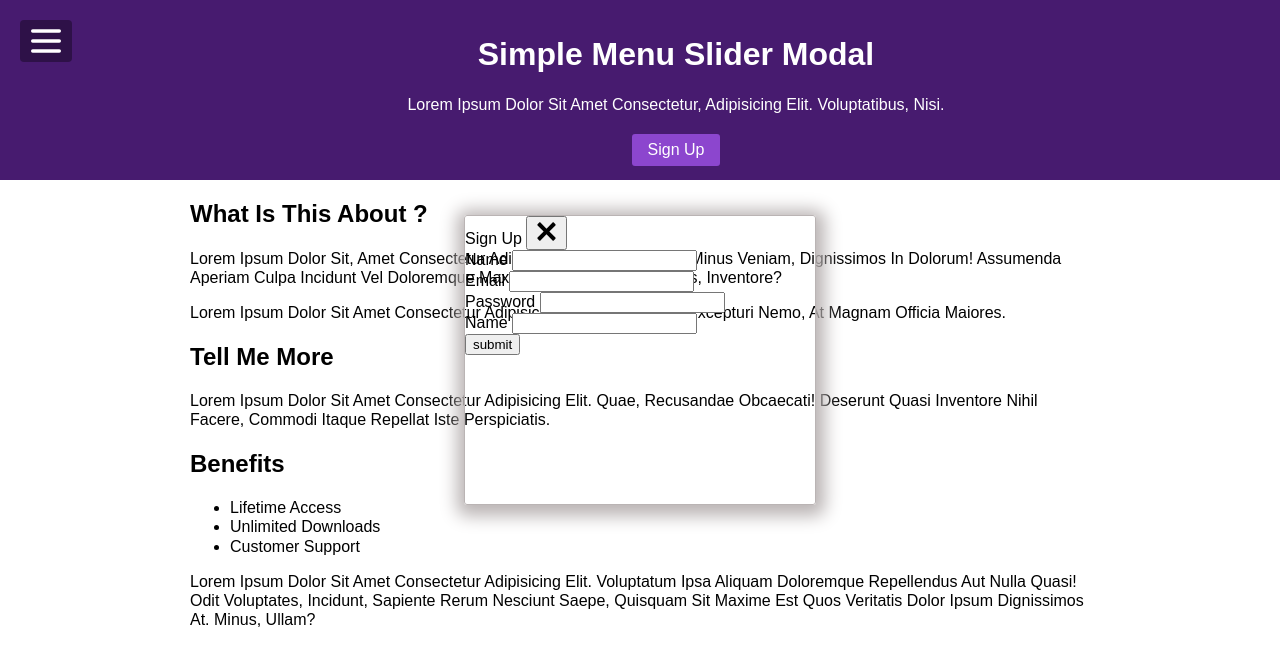
Repository: lilo750/Menu-Slider-modal
Page: index.html
The author's editor kept a copy of each file at every save. The page is drawn from the files as they stood at one save, then again after the next save.
The browser window is 1280 px wide. The pictures show the whole page.

Above is the page before, as saved 2024-01-15 06:46:52.

### index.html
<!DOCTYPE html>
<html lang="en">
    <head>
        <meta charset="UTF-8" />
        <meta name="viewport" content="width=device-width, initial-scale=1.0" />
        <title>menu-slider-modal</title>
        <script defer src="assets/logic.js"></script>
        <link rel="stylesheet" href="assets/style.css" />
    </head>
    <body>
        <div class="left-menu">
            <!-- <aside>
                <div id="profile-img">
                    <img
                        src="assets/visuals/profile-img.jpg"
                        alt="profile image"
                    />
                </div>
                <ul>
                    <li>home</li>
                    <li>portfolio</li>
                    <li>blog</li>
                    <li>contact me</li>
                </ul>
            </aside> -->

            <button id="burger-btn">
                <img
                    src="assets/visuals/burger-menu-svgrepo-com.svg"
                    alt="burger icon"
                />
            </button>
        </div>
        <div class="container">
            <header>
                <div class="heading">
                    <h1>Simple Menu slider Modal</h1>
                    <p>
                        Lorem ipsum dolor sit amet consectetur, adipisicing
                        elit. Voluptatibus, nisi.
                    </p>
                    <button id="signUp-btn">Sign Up</button>
                </div>
            </header>

            <main>
                <h2>what is this about ?</h2>
                <p>
                    Lorem ipsum dolor sit, amet consectetur adipisicing elit.
                    Sunt officiis minus veniam, dignissimos in dolorum!
                    Assumenda aperiam culpa incidunt vel doloremque maxime
                    inventore. Temporibus, inventore?
                </p>
                <p>
                    Lorem ipsum dolor sit amet consectetur adipisicing elit.
                    Sunt debitis excepturi nemo, at magnam officia maiores.
                </p>
                <h2>tell me more</h2>
                <p>
                    Lorem ipsum dolor sit amet consectetur adipisicing elit.
                    Quae, recusandae obcaecati! Deserunt quasi inventore nihil
                    facere, commodi itaque repellat iste perspiciatis.
                </p>
                <h2>benefits</h2>
                <ul>
                    <li>lifetime access</li>
                    <li>unlimited downloads</li>
                    <li>customer support</li>
                </ul>
                <p>
                    Lorem ipsum dolor sit amet consectetur adipisicing elit.
                    Voluptatum ipsa aliquam doloremque repellendus aut nulla
                    quasi! Odit voluptates, incidunt, sapiente rerum nesciunt
                    saepe, quisquam sit maxime est quos veritatis dolor ipsum
                    dignissimos at. Minus, ullam?
                </p>
            </main>
        </div>
        <!-- ./container -->

        <div class="modal">
            <header>
                <span>Sign Up</span>
                <button id="close-btn">
                    <img
                        src="assets/visuals/close-icon.svg"
                        alt="burger icon"
                    />
                </button>
            </header>
            <form>
                <div class="form-control">
                    <label for="name">Name</label>
                    <input id="name" type="text" />
                </div>
                <div class="form-control">
                    <label for="mail">Email</label>
                    <input id="mail" type="email" />
                </div>
                <div class="form-control">
                    <label for="pass">Password</label>
                    <input id="pass" type="password" />
                </div>
                <div class="form-control">
                    <label for="cpass">Name</label>
                    <input id="cpass" type="password" />
                    <span class="warning"></span>
                </div>

                <button id="submit" type="submit">submit</button>
            </form>
        </div>
    </body>
</html>

### assets/logic.js
const signUpBtn = document.getElementById('signUp-btn');

/*
when the user click on the signup btn a modal will show by switching from hidden to visiblity visible
something i should consider before writing the code which is handle the close btn and submit btn and writing the html and css for the code

*/

const modalHandler = () => {};

signUpBtn.addEventListener('click', modalHandler);

### assets/style.css
html {
    font-family: sans-serif;
}

body {
    height: 100vh;
    margin: 0;
    padding: 0;
    text-transform: capitalize;
    line-height: 1.2;
}

.left-menu {
    position: absolute;

    #burger-btn {
        display: flex;
        align-items: center;
        justify-content: center;
        background-color: rgb(46, 17, 72);
        border: none;
        cursor: pointer;
        position: relative;
        left: 20px;
        top: 20px;
        border-radius: 4px;
    }
}

.container {
    display: flex;
    flex-direction: column;

    & header {
        background-color: rgb(71, 27, 111);
        color: #fff;
        text-align: center;
        padding: 14px 8px;
        padding-left: 80px;

        #signUp-btn {
            background-color: rgb(140, 70, 206);
            color: inherit;
            border: 0;
            outline: 2px;
            padding: 7px 16px;
            border-radius: 3px;
            cursor: pointer;
            font-size: 16px;
        }

        & p {
            margin-bottom: 20px;
        }
    }

    & main {
        max-width: 900px;
        align-self: center;
        padding-inline: 20px;
    }
}

.modal {
    width: 350px;
    height: 40vh;
    border: 1px solid #bab4b4;
    border-radius: 3px;
    box-shadow: 1px 3px 17px 8px #bab4b4;
    position: absolute;
    left: 50%;
    top: 50%;
    transform: translate(-50%, -50%);
}

### assets/visuals/burger-menu-svgrepo-com.svg
<?xml version="1.0" encoding="utf-8"?><!-- Uploaded to: SVG Repo, www.svgrepo.com, Generator: SVG Repo Mixer Tools -->
<svg width="40px" height="40px" viewBox="0 0 24 24" fill="none" xmlns="http://www.w3.org/2000/svg">
<path d="M4 18L20 18" stroke="#ffff" stroke-width="2" stroke-linecap="round"/>
<path d="M4 12L20 12" stroke="#ffff" stroke-width="2" stroke-linecap="round"/>
<path d="M4 6L20 6" stroke="#ffff" stroke-width="2" stroke-linecap="round"/>
</svg>

### assets/visuals/close-icon.svg
<?xml version="1.0"?><svg xmlns="http://www.w3.org/2000/svg" viewBox="0 0 30 30" width="25px" height="25px">    <path d="M 7 4 C 6.744125 4 6.4879687 4.0974687 6.2929688 4.2929688 L 4.2929688 6.2929688 C 3.9019687 6.6839688 3.9019687 7.3170313 4.2929688 7.7070312 L 11.585938 15 L 4.2929688 22.292969 C 3.9019687 22.683969 3.9019687 23.317031 4.2929688 23.707031 L 6.2929688 25.707031 C 6.6839688 26.098031 7.3170313 26.098031 7.7070312 25.707031 L 15 18.414062 L 22.292969 25.707031 C 22.682969 26.098031 23.317031 26.098031 23.707031 25.707031 L 25.707031 23.707031 C 26.098031 23.316031 26.098031 22.682969 25.707031 22.292969 L 18.414062 15 L 25.707031 7.7070312 C 26.098031 7.3170312 26.098031 6.6829688 25.707031 6.2929688 L 23.707031 4.2929688 C 23.316031 3.9019687 22.682969 3.9019687 22.292969 4.2929688 L 15 11.585938 L 7.7070312 4.2929688 C 7.5115312 4.0974687 7.255875 4 7 4 z"/></svg>

After the next save:
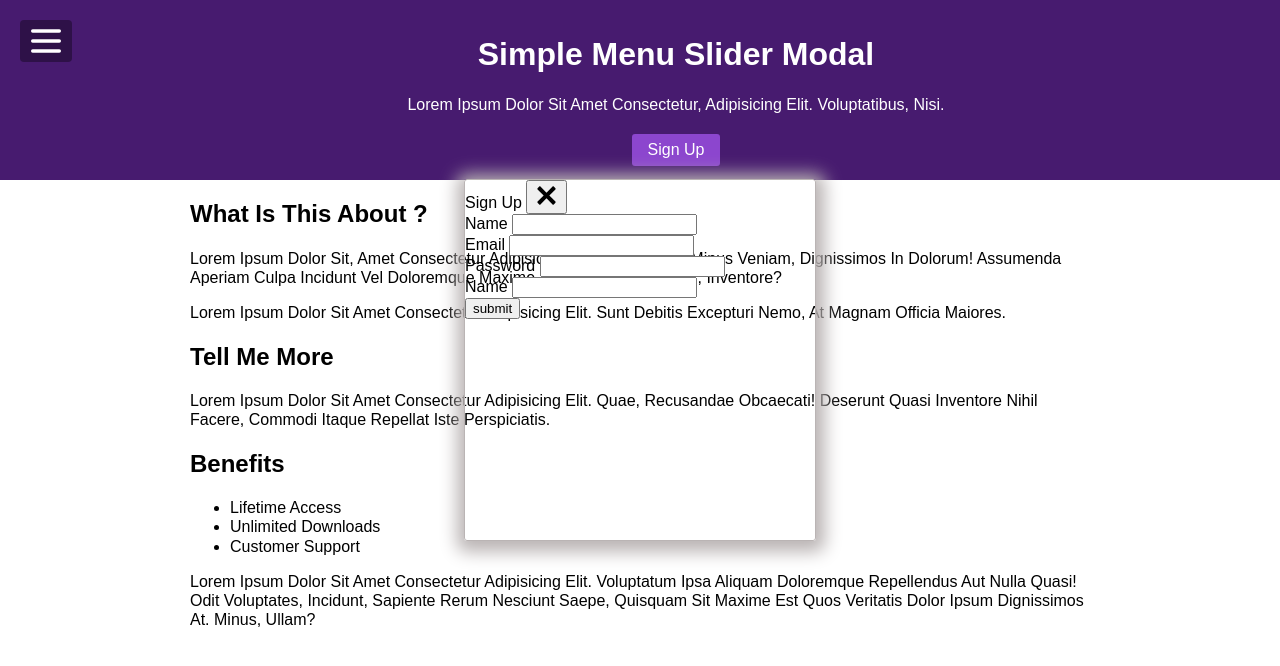
Saved 21 s later.
--- a/assets/style.css
+++ b/assets/style.css
@@ -63,7 +63,7 @@
 
 .modal {
     width: 350px;
-    height: 40vh;
+    height: 50vh;
     border: 1px solid #bab4b4;
     border-radius: 3px;
     box-shadow: 1px 3px 17px 8px #bab4b4;

After the save that followed:
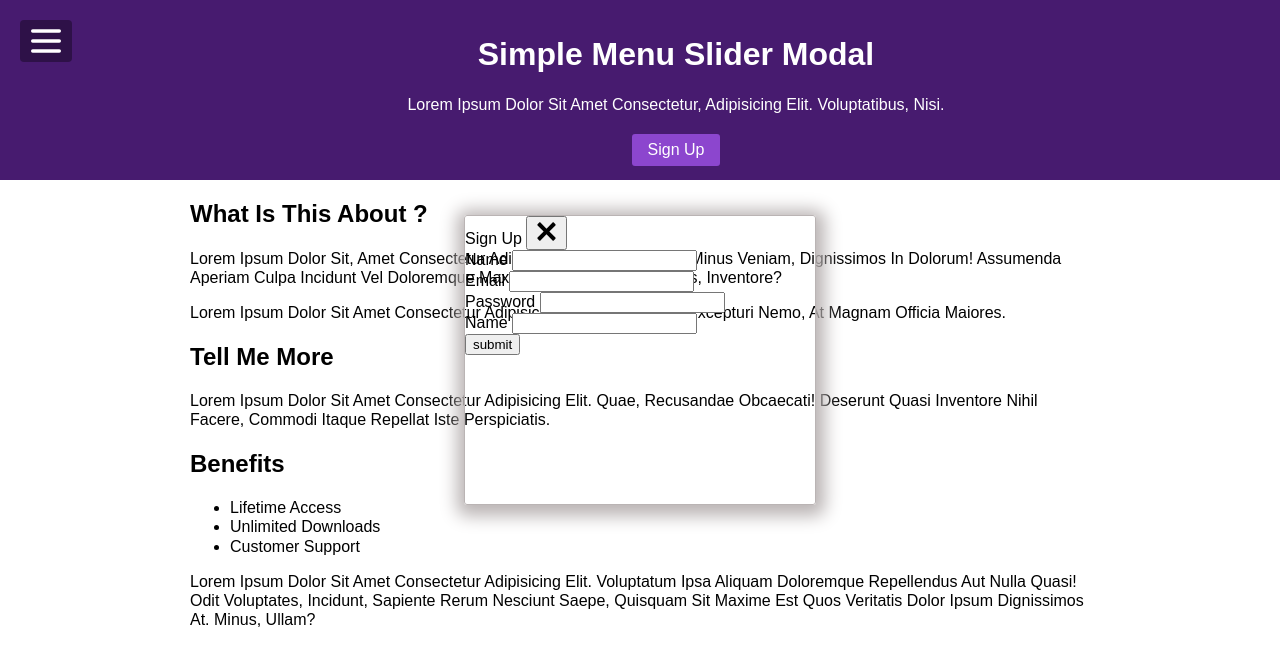
Saved 4 s later.
--- a/assets/style.css
+++ b/assets/style.css
@@ -63,7 +63,7 @@
 
 .modal {
     width: 350px;
-    height: 50vh;
+    height: 40vh;
     border: 1px solid #bab4b4;
     border-radius: 3px;
     box-shadow: 1px 3px 17px 8px #bab4b4;
